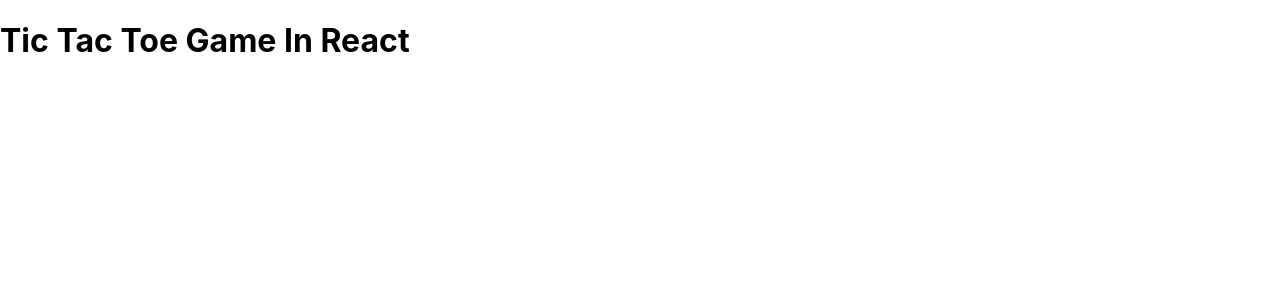
Repository: jontslater/tictaktoe
Page: /
An editor plug-in stored every save of this project. The page is shown before and after the next save, followed by the edit.
The browser window is 1280 px wide. The pictures show the whole page.
The project was rebuilt for these pictures with package versions that can differ from the ones it lists, and the page was loaded fresh each time. Also part of the build but not shown: src/App.css, src/Components/TicTacToe/TicTacToe.css.

Above is the page before, as saved 2024-06-30 10:12:35.

After the next save:
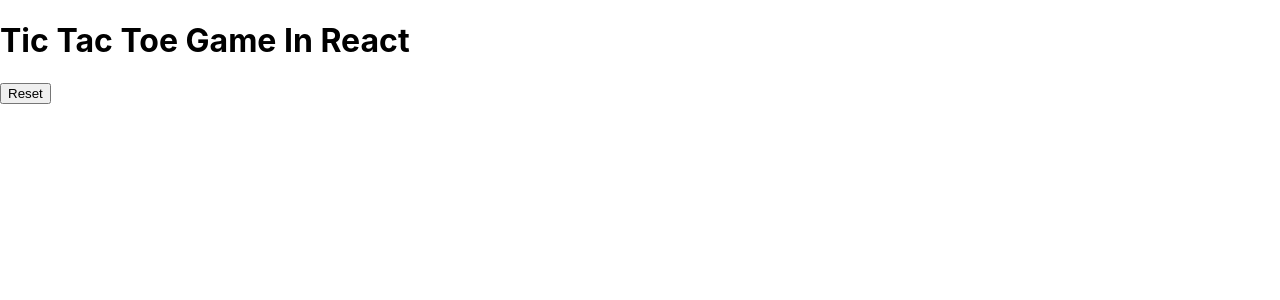
Saved 99 s later.
--- a/src/Components/TicTacToe/TicTacToe.jsx
+++ b/src/Components/TicTacToe/TicTacToe.jsx
@@ -7,6 +7,10 @@ const TicTacToe = () => {
   return (
     <div className= 'container'>
      <h1 className='title'>Tic Tac Toe Game In <span>React</span></h1>
+     <div className='board'>
+
+     </div>
+     <button className='reset'>Reset</button>
     </div>
   )
 }
